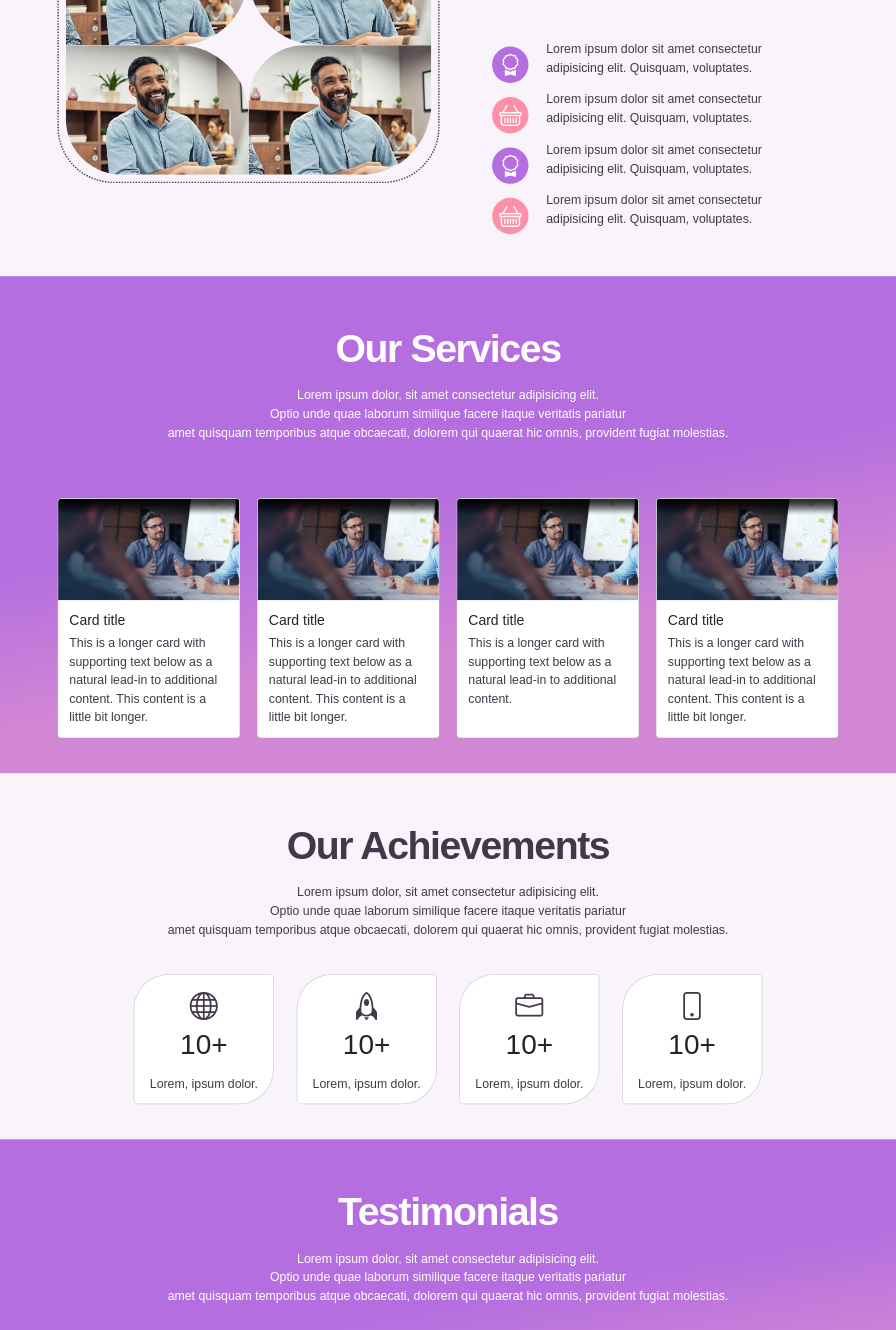
Repository: tagnam/project27012025
Page: index.html
These files come from the project's save history. The page is drawn as it stood at one moment and after a run of saves; the edit follows.
The browser window is 1280 px wide. The pictures show the part of the page from y = 1021 to 2921 px (the page is 3189 px tall before and 3461 px after), at 70% of full size.
A picture or video elsewhere on the page could not be fetched, so the positions and the page height are approximate.

Above is the page before, as saved 2025-01-28 12:57:01.

### index.html
<!DOCTYPE html>
<html lang="en">
    <head>
        <meta charset="UTF-8" />
        <meta name="viewport" content="width=device-width, initial-scale=1.0" />
        <link href="https://cdn.jsdelivr.net/npm/bootstrap@5.3.3/dist/css/bootstrap.min.css" rel="stylesheet" integrity="sha384-QWTKZyjpPEjISv5WaRU9OFeRpok6YctnYmDr5pNlyT2bRjXh0JMhjY6hW+ALEwIH" crossorigin="anonymous" />
        <link rel="stylesheet" href="style/css/index.css" />
        <link rel="stylesheet" href="style/css/animation.css" />
        <link rel="stylesheet" href="style/css/responsive.css" />
        <title>project27012025</title>
    </head>
    <body>
        <header>
            <!-- --------------------------------------------start nav bar ------------------------------->
            <nav class="navbar navbar-expand-lg custom-nav">
                <div class="container">
                    <div class="collapse navbar-collapse justify-content-between" id="navbarSupportedContent">
                        <a class="navbar-brand" href="#">Navbar</a>
                        <ul class="navbar-nav">
                            <li class="nav-item">
                                <a class="nav-link" href="#"><i class="bi bi-facebook"></i></a>
                            </li>
                            <li class="nav-item">
                                <a class="nav-link" href="#"><i class="bi bi-instagram"></i></a>
                            </li>
                            <li class="nav-item">
                                <a class="nav-link" href="#"><i class="bi bi-twitter"></i></a>
                            </li>
                        </ul>
                        <div class="d-flex">
                            <div class="menu-container" type="button" data-bs-toggle="offcanvas" data-bs-target="#offcanvasExample" aria-controls="offcanvasExample">
                                <span class="span-menu-01 menu-icon"></span>
                                <span class="span-menu-02 menu-icon"></span>
                                <span class="span-menu-03 menu-icon"></span>
                            </div>
                        </div>
                    </div>
                </div>
            </nav>

            <!-- ------------------------------start offcanvas ---------------------------------------->
            <div class="offcanvas offcanvas-start" tabindex="-1" id="offcanvasExample" aria-labelledby="offcanvasExampleLabel">
                <div class="offcanvas-header">
                    <h5 class="offcanvas-title" id="offcanvasExampleLabel">Offcanvas</h5>
                    <button type="button" class="btn-close text-reset" data-bs-dismiss="offcanvas" aria-label="Close"></button>
                </div>
                <div class="offcanvas-body">
                    <div>
                        Some text as placeholder. In real life you can have the elements you have chosen. Like, text, images, lists, etc.
                    </div>
                    <div class="dropdown mt-3">
                        <button class="btn btn-secondary dropdown-toggle" type="button" id="dropdownMenuButton" data-bs-toggle="dropdown">
                            Dropdown button
                        </button>
                        <ul class="dropdown-menu" aria-labelledby="dropdownMenuButton">
                            <li><a class="dropdown-item" href="#">Action</a></li>
                            <li><a class="dropdown-item" href="#">Another action</a></li>
                            <li><a class="dropdown-item" href="#">Something else here</a></li>
                        </ul>
                    </div>
                </div>
            </div>
            <!-- -----------------------------end offcanvas ------------------------------------------->
            <!------------------------------------------------ end navbar ----------------------------->
        </header>
        <section class="hero-section">
            <div class="container" style="height: 100%;">
                <div class="row">
                    <div class="col-lg-6 col-md-6 col-sm-12">
                        <div class="banner-content">
                            <h1>Lorem ipsum dolor dolor sit amet, consectetur</h1>
                            <p>
                                Lorem ipsum dolor sit amet, consectetur adipisicing elit. Doloribus in culpa ipsa, amet ad<br />
                                eveniet. Fugiat architecto atque consequuntur repellendus!
                            </p>
                            <button class="btn btn-primary">Get Started</button>
                        </div>
                    </div>
                    <div class="col-lg-6 col-md-6 col-sm-12">
                        <div class="banner-img d-flex justify-content-end">
                            <img src="image/hero-banner-01.webp" class="w-100" alt="" />
                        </div>
                    </div>
                </div>

            </div>
        </section>
        <section class="client-section">
            <div class="container-fluid">
                <div class="row row-cols-3 row-cols-md-6 g-4">
                    <div class="col client-logo">
                        <a class="navbar-brand w-25" href="#">Navbar</a>
                    </div>
                    <div class="col client-logo">
                        <a class="navbar-brand w-25" href="#">Navbar</a>
                    </div>
                    <div class="col client-logo">
                        <a class="navbar-brand w-25" href="#">Navbar</a>
                    </div>
                    <div class="col client-logo">
                        <a class="navbar-brand w-25" href="#">Navbar</a>
                    </div>
                    <div class="col client-logo">
                        <a class="navbar-brand w-25" href="#">Navbar</a>
                    </div>
                    <div class="col client-logo">
                        <a class="navbar-brand w-25" href="#">Navbar</a>
                    </div>
                </div>
            </div>
        </section>

        <section>
            <div class="container">
                <div class="row">
                    <div class="col-lg-6 col-md-6 col-sm-12">
                        <div class="about-row row row-cols-1 row-cols-md-2 g-0">
                            <div class="col">
                                <div class="img">
                                    <img src="image/elearning-08.jpg" class="about-row-img-01 w-100" alt="" />
                                </div>
                            </div>
                            <div class="col">
                                <div class="img">
                                    <img src="image/elearning-08.jpg" class="about-row-img-02 w-100" alt="" />
                                </div>
                            </div>
                            <div class="col">
                                <div class="img">
                                    <img src="image/elearning-08.jpg" class="about-row-img-03 w-100" alt="" />
                                </div>
                            </div>
                            <div class="col">
                                <div class="img">
                                    <img src="image/elearning-08.jpg" class="about-row-img-04 w-100" alt="" />
                                </div>
                            </div>
                        </div>
                    </div>
                    <div class="col-lg-6 col-md-6 col-sm-12">
                        <div class="about-content">
                            <div class="main-heading">
                                <h2>About Us</h2>
                                <p>
                                    Lorem ipsum dolor, sit amet consectetur adipisicing elit. Optio unde quae laborum similique facere itaque veritatis pariatur amet quisquam temporibus atque obcaecati, dolorem qui quaerat hic omnis,
                                    provident fugiat molestias.
                                </p>
                            </div>
                            <div class="about-list">
                                <div class="row">
                                    <div class="col-md-2">
                                        <div class="about-icon">
                                            <i class="bi bi-award"></i>
                                        </div>
                                    </div>
                                    <div class="col-md-10">
                                        <div class="about-text">
                                            <p>Lorem ipsum dolor sit amet consectetur adipisicing elit. Quisquam, voluptates.</p>
                                        </div>
                                    </div>
                                </div>
                                <div class="row">
                                    <div class="col-md-2">
                                        <div class="about-icon">
                                            <i class="bi bi-basket"></i>
                                        </div>
                                    </div>
                                    <div class="col-md-10">
                                        <div class="about-text">
                                            <p>Lorem ipsum dolor sit amet consectetur adipisicing elit. Quisquam, voluptates.</p>
                                        </div>
                                    </div>
                                </div>
                                <div class="row">
                                    <div class="col-md-2">
                                        <div class="about-icon">
                                            <i class="bi bi-award"></i>
                                        </div>
                                    </div>
                                    <div class="col-md-10">
                                        <div class="about-text">
                                            <p>Lorem ipsum dolor sit amet consectetur adipisicing elit. Quisquam, voluptates.</p>
                                        </div>
                                    </div>
                                </div>
                                <div class="row">
                                    <div class="col-md-2">
                                        <div class="about-icon">
                                            <i class="bi bi-basket"></i>
                                        </div>
                                    </div>
                                    <div class="col-md-10">
                                        <div class="about-text">
                                            <p>Lorem ipsum dolor sit amet consectetur adipisicing elit. Quisquam, voluptates.</p>
                                        </div>
                                    </div>
                                </div>
                            </div>
                        </div>
                    </div>
                </div>
            </div>
        </section>
        <section class="service-section">
                <div class="container">
                    <div class="main-heading-white">
                        <h2>Our Services</h2>
                        <p>
                            Lorem ipsum dolor, sit amet consectetur adipisicing elit.<br> Optio unde quae laborum similique facere itaque veritatis pariatur <br>amet quisquam temporibus atque obcaecati, dolorem qui quaerat hic omnis,
                            provident fugiat molestias.
                        </p>
                    </div>
                    <div class="row row-cols-1 row-cols-md-4 g-4">
                        <div class="col">
                          <div class="card h-100">
                            <img src="image/business-banner.jpg" class="card-img-top" alt="...">
                            <div class="card-body">
                              <h5 class="card-title">Card title</h5>
                              <p class="card-text">This is a longer card with supporting text below as a natural lead-in to additional content. This content is a little bit longer.</p>
                            </div>
                          </div>
                        </div>
                        <div class="col">
                          <div class="card h-100">
                            <img src="image/business-banner.jpg" class="card-img-top" alt="...">
                            <div class="card-body">
                              <h5 class="card-title">Card title</h5>
                              <p class="card-text">This is a longer card with supporting text below as a natural lead-in to additional content. This content is a little bit longer.</p>
                            </div>
                          </div>
                        </div>
                        <div class="col">
                          <div class="card h-100">
                            <img src="image/business-banner.jpg" class="card-img-top" alt="...">
                            <div class="card-body">
                              <h5 class="card-title">Card title</h5>
                              <p class="card-text">This is a longer card with supporting text below as a natural lead-in to additional content.</p>
                            </div>
                          </div>
                        </div>
                        <div class="col">
                          <div class="card h-100">
                            <img src="image/business-banner.jpg" class="card-img-top" alt="...">
                            <div class="card-body">
                              <h5 class="card-title">Card title</h5>
                              <p class="card-text">This is a longer card with supporting text below as a natural lead-in to additional content. This content is a little bit longer.</p>
                            </div>
                          </div>
                        </div>
                      </div>
                </div>
        </section>
        <section class="counter-section" style="padding: 50px 0px;">
            <div class="container">
                <div class="main-heading" style="margin-bottom: 50px; text-align: center;">
                    <h2>Our Achievements</h2>
                    <p>
                        Lorem ipsum dolor, sit amet consectetur adipisicing elit.<br> Optio unde quae laborum similique facere itaque veritatis pariatur <br>amet quisquam temporibus atque obcaecati, dolorem qui quaerat hic omnis,
                        provident fugiat molestias.
                    </p>
                </div>
                <div class="row justify-content-center">
                    <div class="col-lg-10 ">
                        <div class="row  g-1 justify-content-center">
                            <div class="col" style="display: flex; justify-content: center;">
                                <div class="card counter-card" >
                                    <div class="counter">
                                        <div class="counter-icon">
                                            <i class="bi bi-globe"></i>
                                        </div>
                                        <h1 class="counter-title">10+</h1>
                                        <p class="counter-text">Lorem, ipsum dolor.</p>
                                    </div>
                                </div>
                            </div>
                            <div class="col" style="display: flex; justify-content: center;">
                                <div class="card counter-card" >
                                    <div class="counter">
                                        <div class="counter-icon">
                                            <i class="bi bi-rocket"></i>
                                        </div>
                                        <h1 class="counter-title">10+</h1>
                                        <p class="counter-text">Lorem, ipsum dolor.</p>
                                    </div>
                                </div>
                            </div>
                            <div class="col" style="display: flex; justify-content: center;">
                                <div class="card counter-card" >
                                    <div class="counter">
                                        <div class="counter-icon">
                                            <i class="bi bi-briefcase"></i>
                                        </div>
                                        <h1 class="counter-title">10+</h1>
                                        <p class="counter-text">Lorem, ipsum dolor.</p>
                                    </div>
                                </div>
                            </div>
                            <div class="col" style="display: flex; justify-content: center;">
                                <div class="card counter-card" >
                                    <div class="counter">
                                            <i class="bi bi-phone"></i>

                                        <h1 class="counter-title">10+</h1>
                                        <p class="counter-text">Lorem, ipsum dolor.</p>
                                    </div>
                                </div>
                            </div>
                        </div>
                    </div>
                </div>
            </div>
        </section>
        <section class="testimonial-section">
            <div class="container">
                <div class="main-heading-white">
                    <h2>Testimonials</h2>
                    <p>
                        Lorem ipsum dolor, sit amet consectetur adipisicing elit.<br />
                        Optio unde quae laborum similique facere itaque veritatis pariatur <br />
                        amet quisquam temporibus atque obcaecati, dolorem qui quaerat hic omnis, provident fugiat molestias.
                    </p>
                </div>
                <div class="row row-cols-1 row-cols-md-3 g-4">
                    <div class="col">
                        <div class="card h-100">


                            <div class="card-body">
                                <div class="img-body">
                                    <img src="..." class="w-25" alt="..." />
                                    <h5 class="card-title">Card title</h5>
                                </div>
                                <p class="card-text">This is a longer card with supporting text below as a natural lead-in to additional content. This content is a little bit longer.</p>
                            </div>
                        </div>
                    </div>


                </div>
            </div>
        </section>

        <script src="https://cdn.jsdelivr.net/npm/bootstrap@5.3.3/dist/js/bootstrap.bundle.min.js" integrity="sha384-YvpcrYf0tY3lHB60NNkmXc5s9fDVZLESaAA55NDzOxhy9GkcIdslK1eN7N6jIeHz" crossorigin="anonymous"></script>
        <script src="style/js/custom.js"></script>
    </body>
</html>

Loaded but not shown: style/css/index.css (244 lines, source omitted); style/js/custom.js (no copy from this time; the picture is the same without it); style/css/animation.css (no stored copy; drawn as an empty file); style/css/responsive.css (no stored copy; drawn as an empty file)

After the next 3 saves:
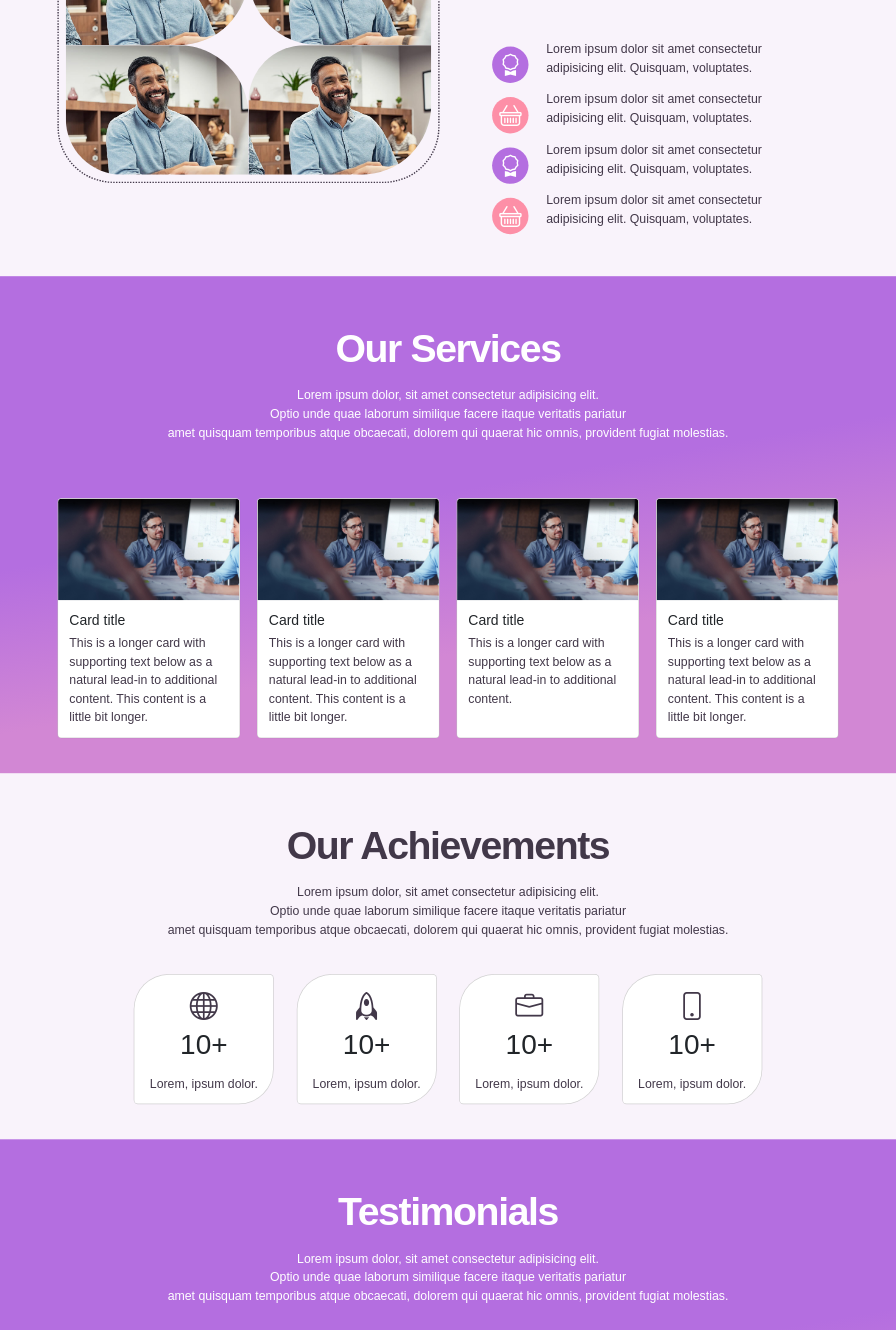
The 3 saves are shown as one change because they came seconds apart.
The last was saved 6 min 52 s later.
--- a/index.html
+++ b/index.html
@@ -327,7 +327,7 @@
 
                             <div class="card-body">
                                 <div class="img-body">
-                                    <img src="..." class="w-25" alt="..." />
+                                    <img src="..." class="width:" alt="..." />
                                     <h5 class="card-title">Card title</h5>
                                 </div>
                                 <p class="card-text">This is a longer card with supporting text below as a natural lead-in to additional content. This content is a little bit longer.</p>
